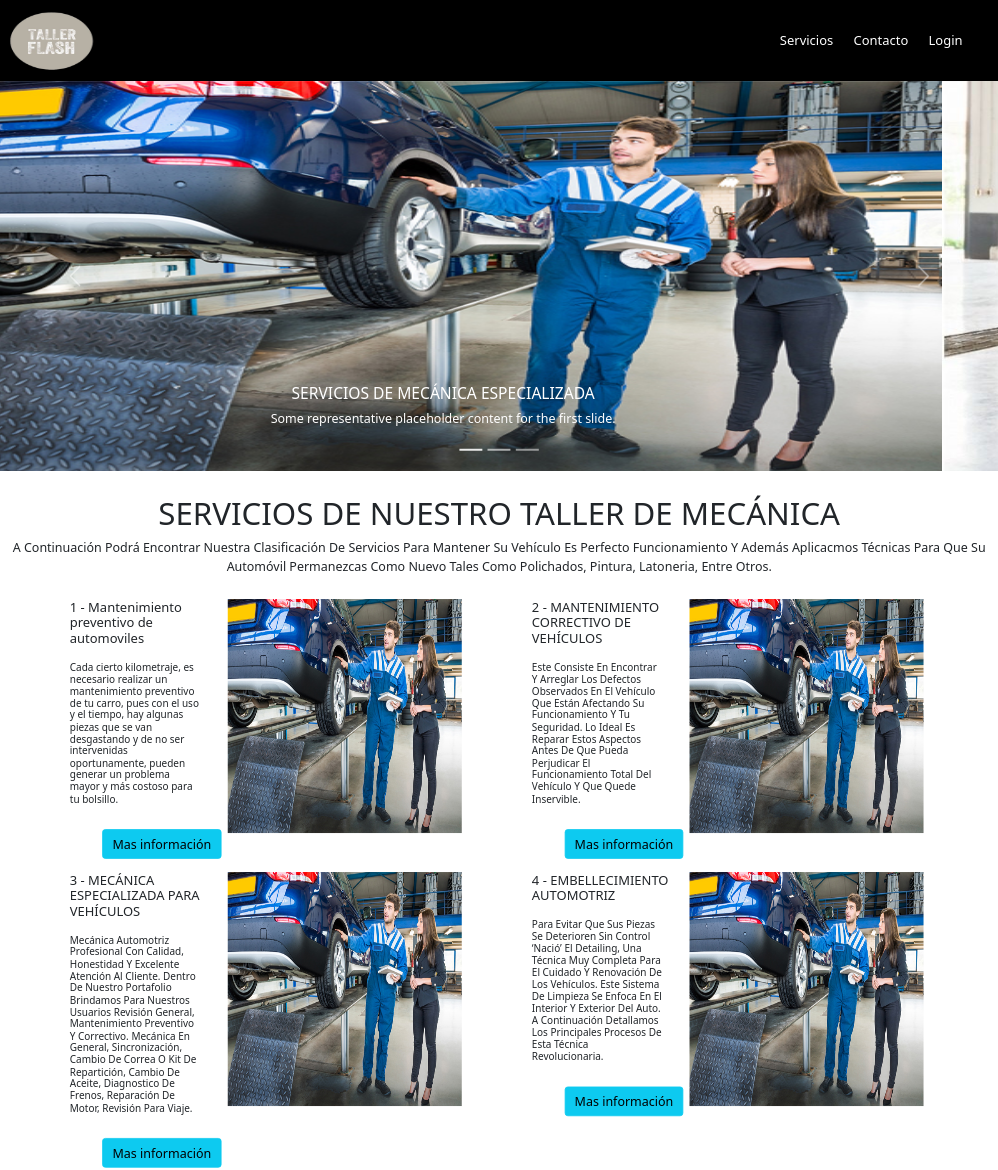
Repository: nder1996/Boostrap.Taller.Arquitectura
Page: Index.html
These files come from the project's save history. The page is drawn as it stood at one moment and after the next save; the edit follows.
The browser window is 1280 px wide. The pictures show the whole page, at 78% of full size.

Above is the page before, as saved 2021-07-23 07:06:08.

### Index.html
<!DOCTYPE html>
<html lang="en">

<head>
	<meta charset="UTF-8">
	<meta name="viewport" content="width=device-width, initial-scale=1.0">
	<link rel="shortcut icon" href="img/Logo.png">
	<link href="https://cdn.jsdelivr.net/npm/bootstrap@5.0.2/dist/css/bootstrap.min.css" rel="stylesheet"
		integrity="sha384-EVSTQN3/azprG1Anm3QDgpJLIm9Nao0Yz1ztcQTwFspd3yD65VohhpuuCOmLASjC" crossorigin="anonymous">
	<link rel="stylesheet" href="https://cdnjs.cloudflare.com/ajax/libs/font-awesome/5.15.3/css/all.min.css"
		integrity="sha512-iBBXm8fW90+nuLcSKlbmrPcLa0OT92xO1BIsZ+ywDWZCvqsWgccV3gFoRBv0z+8dLJgyAHIhR35VZc2oM/gI1w=="
		crossorigin="anonymous" referrerpolicy="no-referrer" />
	<link rel="stylesheet" href="css/style.css">
	<title>Taller Automotriz</title>
</head>

<body>
	<div class="Pagina_Principal">
		<nav class="navbar navbar-expand-lg navbar-light">
			<div class="container-fluid">
				<a class="navbar-brand" href="#"><img src="img/Logo.png" alt="" style='width: 110px; height: 78px;'></a>
				<button class="navbar-toggler" type="button" data-bs-toggle="collapse" data-bs-target="#navbarNav"
					aria-controls="navbarNav" aria-expanded="false" aria-label="Toggle navigation">
					<span class="navbar-toggler-icon"></span>
				</button>
				<div class="collapse navbar-collapse" id="navbarNav">
					<ul class="navbar-nav ms-auto">
						<li class="nav-item">
							<a class="nav-link active" aria-current="page" href="#">Servicios</a>
						</li>
						<li class="nav-item">
							<a class="nav-link" href="#">Contacto</a>
						</li>
						<li class="nav-item">
							<a class="nav-link" href="#">Login</a>
						</li>
					</ul>
				</div>
			</div>
		</nav>
		<div id="carouselExampleCaptions" class="carousel slide" data-bs-ride="carousel">
			<div class="carousel-indicators">
				<button type="button" data-bs-target="#carouselExampleCaptions" data-bs-slide-to="0" class="active"
					aria-current="true" aria-label="Slide 1"></button>
				<button type="button" data-bs-target="#carouselExampleCaptions" data-bs-slide-to="1"
					aria-label="Slide 2"></button>
				<button type="button" data-bs-target="#carouselExampleCaptions" data-bs-slide-to="2"
					aria-label="Slide 3"></button>
			</div>
			<div class="carousel-inner">
				<div class="carousel-item active">
					<img src="img/Mantenimiento_1.jpg" class="d-block w-100" alt="...">
					<div class="carousel-caption d-none d-md-block">
						<h5>SERVICIOS DE MECÁNICA
							ESPECIALIZADA</h5>
						<p>Some representative placeholder content for the first slide.</p>
					</div>
				</div>
				<div class="carousel-item">
					<img src="img/Mantenimiento_3.png" class="d-block w-100" alt="...">
					<div class="carousel-caption d-none d-md-block">
						<h5>SERVICIOS DE MECÁNICA
							ESPECIALIZADA</h5>
						<p>Some representative placeholder content for the second slide.</p>
					</div>
				</div>
				<div class="carousel-item">
					<img src="img/Mantenimiento_2.png" class="d-block w-100" alt="...">
					<div class="carousel-caption d-none d-md-block">
						<h5>Third slide label</h5>
						<p>Some representative placeholder content for the third slide.</p>
					</div>
				</div>
			</div>
			<button class="carousel-control-prev" type="button" data-bs-target="#carouselExampleCaptions"
				data-bs-slide="prev">
				<span class="carousel-control-prev-icon" aria-hidden="true"></span>
				<span class="visually-hidden">Previous</span>
			</button>
			<button class="carousel-control-next" type="button" data-bs-target="#carouselExampleCaptions"
				data-bs-slide="next">
				<span class="carousel-control-next-icon" aria-hidden="true"></span>
				<span class="visually-hidden">Next</span>
			</button>
		</div>
		<div class="Letra_Servicios container-xxl">
			<h1>SERVICIOS DE NUESTRO TALLER DE MECÁNICA</h1>
			<p>
				A Continuación Podrá Encontrar Nuestra Clasificación De Servicios Para Mantener Su Vehículo Es Perfecto
				Funcionamiento Y Además Aplicacmos Técnicas Para Que Su Automóvil Permanezcas Como Nuevo Tales Como
				Polichados, Pintura, Latoneria, Entre Otros.

			</p>
		</div>

		<div class="Servicios container-fluid">

			<div class="Servicio" id="Servicio_1">
				<br> <br>
				<h1>1 - Mantenimiento preventivo de automoviles <br> <br>
					<p>
						Cada cierto kilometraje, es necesario realizar un mantenimiento preventivo de tu carro, pues con
						el uso
						y el tiempo, hay algunas piezas que se van desgastando y de no ser intervenidas oportunamente,
						pueden
						generar un problema mayor y más costoso para tu bolsillo.
						<br> <br> <br>
						<button type="button" class="btn btn-info">Mas información</button>
					</p>
				</h1>
				<br>
				<img src="img/Mantenimiento_1.jpg" alt="" width="300px" height="300px">
			</div>

			<div class="Servicio" id="Servicio_1">
				<br> <br>
				<h1>2 - MANTENIMIENTO CORRECTIVO DE VEHÍCULOS<br> <br>
					<p>
						Este Consiste En Encontrar Y Arreglar Los Defectos Observados En El Vehículo Que Están Afectando
						Su Funcionamiento Y Tu Seguridad. Lo Ideal Es Reparar Estos Aspectos Antes De Que Pueda
						Perjudicar El Funcionamiento Total Del Vehículo Y Que Quede Inservible.
						<br> <br> <br>
						<button type="button" class="btn btn-info">Mas información</button>
					</p>
				</h1>
				<br>
				<img src="img/Mantenimiento_1.jpg" alt="" width="300px" height="300px">
			</div>

			<div class="Servicio" id="Servicio_1">
				<br> <br>
				<h1>3 - MECÁNICA ESPECIALIZADA PARA VEHÍCULOS<br> <br>
					<p>
						Mecánica Automotriz Profesional Con Calidad, Honestidad Y Excelente Atención Al Cliente. Dentro
						De Nuestro Portafolio Brindamos Para Nuestros Usuarios Revisión General, Mantenimiento
						Preventivo Y Correctivo. Mecánica En General, Sincronización, Cambio De Correa O Kit De
						Repartición, Cambio De Aceite, Diagnostico De Frenos, Reparación De Motor, Revisión Para Viaje.
						<br> <br> <br>
						<button type="button" class="btn btn-info">Mas información</button>
					</p>
				</h1>
				<br>
				<img src="img/Mantenimiento_1.jpg" alt="" width="300px" height="300px">
			</div>
			<div class="Servicio" id="Servicio_1">
				<br> <br>
				<h1>4 - EMBELLECIMIENTO AUTOMOTRIZ<br> <br>
					<p>
						Para Evitar Que Sus Piezas Se Deterioren Sin Control ‘Nació’ El Detailing, Una Técnica Muy
						Completa Para El Cuidado Y Renovación De Los Vehículos. Este Sistema De Limpieza Se Enfoca En El
						Interior Y Exterior Del Auto. A Continuación Detallamos Los Principales Procesos De Esta Técnica
						Revolucionaria.
						<br> <br> <br>
						<button type="button" class="btn btn-info">Mas información</button>
					</p>
				</h1>
				<br>
				<img src="img/Mantenimiento_1.jpg" alt="" width="300px" height="300px">
			</div>
		</div>


	</div>

	<!--
		<div><img src="img/Mantenimiento_2.png" alt="" width="300px" height="300px"></div>
		<div><img src="img/Mantenimiento_3.png" alt="" width="300px" height="300px"></div>
		<div><img src="img/Mantenimiento_4.png" alt="" width="300px" height="300px"></div>
		-->











	<script src="https://cdn.jsdelivr.net/npm/bootstrap@5.0.2/dist/js/bootstrap.bundle.min.js"
		integrity="sha384-MrcW6ZMFYlzcLA8Nl+NtUVF0sA7MsXsP1UyJoMp4YLEuNSfAP+JcXn/tWtIaxVXM" crossorigin="anonymous">
	</script>
	<script src="https://cdnjs.cloudflare.com/ajax/libs/jquery/3.6.0/jquery.min.js"
		integrity="sha512-894YE6QWD5I59HgZOGReFYm4dnWc1Qt5NtvYSaNcOP+u1T9qYdvdihz0PPSiiqn/+/3e7Jo4EaG7TubfWGUrMQ=="
		crossorigin="anonymous" referrerpolicy="no-referrer"></script>
</body>

</html>

### css/style.css

.Pagina_Principal{
    position: relative;
    overflow: hidden;
    height: 1500px;
}


nav{
    background-color: black !important;
}

nav li{
    position:relative;
    margin-left: 10px;
    left:-10%;
}

nav li a{
    color:white !important;
    font-size: 1.3vw;
}

.carousel-inner{
    position:relative;
    width: 100%;
    height: 500px;
}

.carousel-item img{
    position:relative;
    width: 100%;
    height: 500px;
}

.Letra_Servicios{
    position: relative;
    text-align: center;
    margin-top: 30px;
    margin-bottom: 30px;
}

.Servicios{
    width: 100%;
    display: flex;
    flex-direction: row;
    flex-wrap: wrap;
}

.Servicios .Servicio{
    position:relative;
    width:40%;
    display: flex;
    height: 350px;
    margin-left: 90px;
    left:-1%;

}

.Servicios .Servicio button{
    position: relative;
    left:25%
}

.Servicios .Servicio img{
    position:relative;
    margin-left:10px;
}

.Servicios div h1{
    position:relative;
    text-align: left;
    font-size: 1.3vw;
    width: 60%;

}

.Servicios div p{
    position:relative;
    text-align: left;
    font-size: 1vw;
    width: 87%;
}

After the next save:
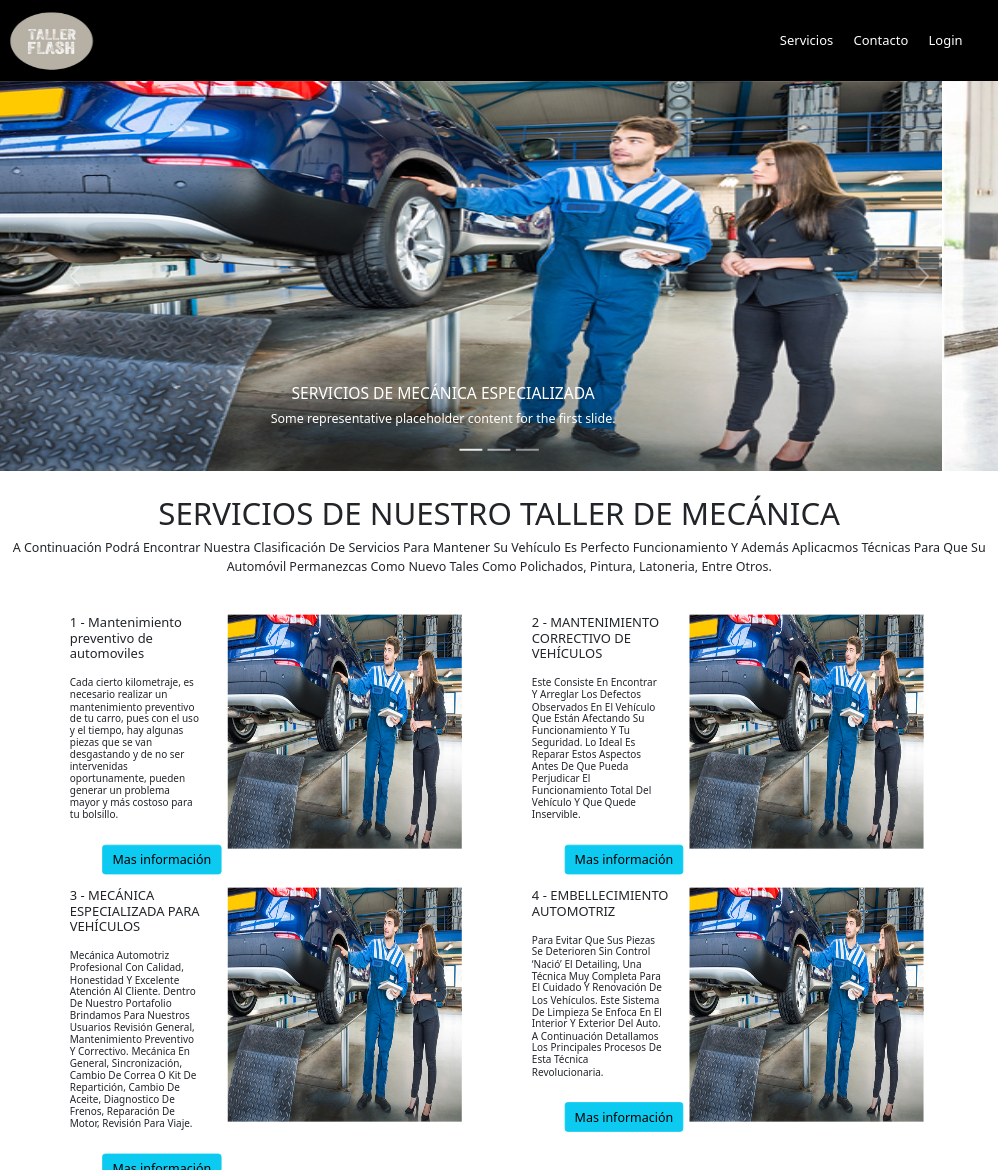
Saved 6 s later.
--- a/css/style.css
+++ b/css/style.css
@@ -37,7 +37,7 @@ nav li a{
     position: relative;
     text-align: center;
     margin-top: 30px;
-    margin-bottom: 30px;
+    margin-bottom: 50px;
 }
 
 .Servicios{
